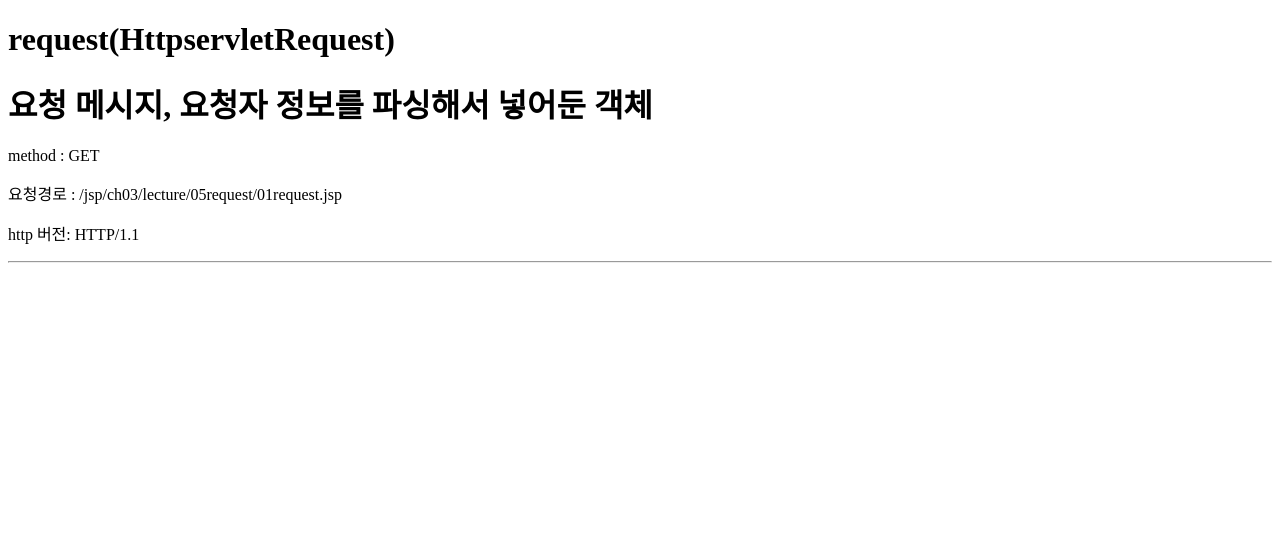
Repository: JJinBBangg/JSP
Page: http://localhost/jsp/ch03/lecture/05request/01request.jsp
An editor plug-in stored every save of this project. The page is shown before and after the next save, followed by the edit.
The browser window is 1280 px wide. The pictures show the whole page.
The page is served by Tomcat 9. Other server files are loaded and not shown.

Above is the page before, as saved 2023-03-28 02:22:11.

### jsp/src/main/webapp/ch03/lecture/05request/01request.jsp
<%@ page language="java" contentType="text/html; charset=UTF-8"
    pageEncoding="UTF-8"%>
<!DOCTYPE html>
<html>
<head>
<meta charset="UTF-8">
<title>Insert title here</title>
</head>
<body>
	<h1>request(HttpservletRequest)</h1>
	<h1>요청 메시지, 요청자 정보를 파싱해서 넣어둔 객체</h1>

	<p>method : <%=request.getMethod()%></p>
	<p>요청경로 : <%=request.getRequestURI() %></p>
	<p>http 버전: <%=request.getProtocol() %></p>
	<hr>
	<%
	request.getHeaderNames();
	%>

</body>
</html>

After the next save:
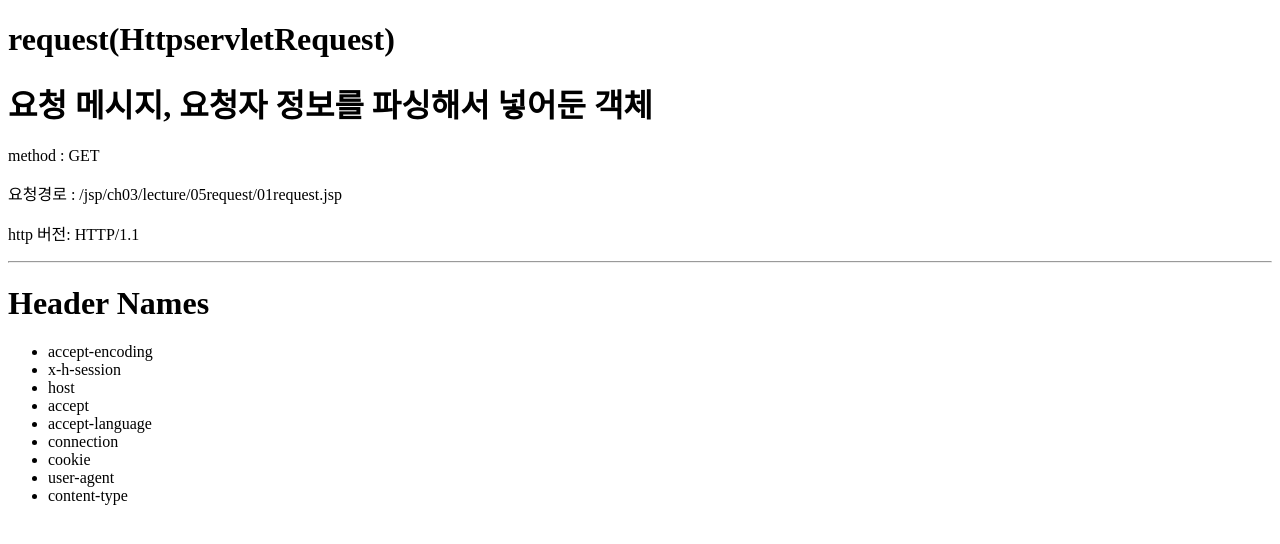
Saved 3 min 8 s later.
--- a/jsp/src/main/webapp/ch03/lecture/05request/01request.jsp
+++ b/jsp/src/main/webapp/ch03/lecture/05request/01request.jsp
@@ -1,5 +1,6 @@
 <%@ page language="java" contentType="text/html; charset=UTF-8"
     pageEncoding="UTF-8"%>
+<%@page import="java.util.Iterator"%>
 <!DOCTYPE html>
 <html>
 <head>
@@ -15,8 +16,18 @@
 	<p>http 버전: <%=request.getProtocol() %></p>
 	<hr>
 	<%
-	request.getHeaderNames();
+	Iterator<String> headerNames = request.getHeaderNames().asIterator();
+
 	%>
-
+	<h1>Header Names</h1>
+	<ul>
+		<%
+		while(headerNames.hasNext()){
+			out.print("<li>");
+			out.print(headerNames.next());
+			out.print("</li>");
+		}
+		%>
+	</ul>
 </body>
 </html>
